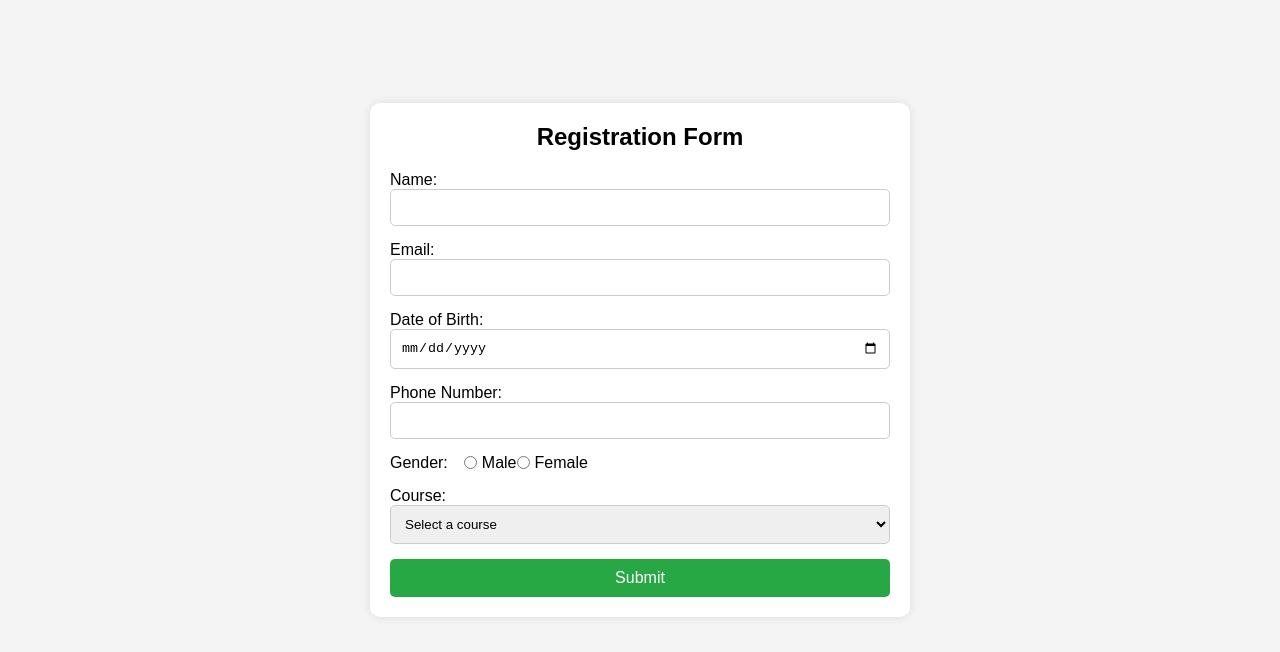
Repository: dhiren1618/OCT-JAVA-2023
Page: http://localhost/JavaServletPractical/
These files come from the project's save history. The page is drawn as it stood at one moment and after the next save; the edit follows.
The browser window is 1280 px wide. The pictures show the whole page.
The page is served by Tomcat 9. Other server files are loaded and not shown.

Above is the page before, as saved 2024-06-18 04:14:00.

### JavaServletPractical/src/main/webapp/index.jsp
<%@ page language="java" contentType="text/html; charset=UTF-8"
	pageEncoding="UTF-8"%>
<!DOCTYPE html>
<html>
<head>
<meta charset="UTF-8">
<title>Registration Form</title>

	<link rel="stylesheet" href="style.css">

</head>
<body>

	<div class="container">

		<h2>Registration Form</h2>
		<form id="registrationForm" action="StudentController" method="post">
			<div class="form-group">
				<label for="name">Name:</label> <input type="text" id="name"
					name="name" required> <small class="error" id="nameError"></small>
			</div>
			<div class="form-group">
				<label for="email">Email:</label> <input type="email" id="email"
					name="email" required> <small class="error" id="emailError"></small>
			</div>
			<div class="form-group">
				<label for="dob">Date of Birth:</label> <input type="date" id="dob"
					name="dob" required> <small class="error" id="dobError"></small>
			</div>
			<div class="form-group">
				<label for="phone">Phone Number:</label> <input type="tel"
					id="phone" name="phone" pattern="[0-9]{10}" required> <small
					class="error" id="phoneError"></small>
			</div>
			<div class="form-group horizontal">
				<label>Gender:</label>
				<div class="options">

					<input type="radio" id="male" name="gender" value="male" required>
					<label for="male" style="padding: 0px; margin: 0px">Male</label> <input
						type="radio" id="female" name="gender" value="female" required>
					<label for="female">Female</label>
				</div>
				<small class="error" id="genderError"></small>
			</div>
			 <div class="form-group">
                <label for="course">Course:</label>
                <select id="course" name="course" required>
                    <option value="">Select a course</option>
                    <option value="computer-science">Computer Science</option>
                    <option value="business">Business</option>
                    <option value="arts">Arts</option>
                </select>
                <small class="error" id="courseError"></small>
            </div>
            <button type="submit" id="btnSubmit" name="action" value="insert">Submit</button>
		</form>

		<a href=""></a>

	</div>



</body>
</html>

### JavaServletPractical/src/main/webapp/style.css
*{
	padding: 0px;
	margin: 0px;
}

body {
    font-family: Arial, sans-serif;
    background-color: #f4f4f4;
    margin: 0;
    padding: 0;
    display: flex;
    justify-content: center;
    align-items: center;
    height: 100vh;
    overflow: hidden; /* Disable scrolling on body */
}

.container {
    background-color: white;
    padding: 20px;
    border-radius: 10px;
    box-shadow: 0 0 10px rgba(0, 0, 0, 0.1);
    width: 90%; /* Use a percentage width to adapt to viewport */
    max-width: 500px; /* Set a maximum width */

    overflow-y: auto; /* Enable vertical scrolling */
    overflow-x: hidden; /* Disable horizontal scrolling */
}


h2 {
    text-align: center;
    margin-bottom: 20px;
}


.form-group {
    margin-bottom: 15px;
}

.form-group.horizontal {
    display: flex;
    align-items: center;
}

label {
	margin-right: 16px;
}

.form-group.horizontal .options {
    display: flex;
    align-items: center;
    justify-content: center;
}

input[type="text"],
input[type="email"],
input[type="date"],
input[type="tel"],
select {
    width: 100%;
    padding: 10px;
    border: 1px solid #ccc;
    border-radius: 5px;
    box-sizing: border-box; /* Ensures padding is included in the element's total width and height */
}

input[type="radio"],
input[type="checkbox"] {
    margin-right: 5px;
}


button {
    width: 100%;
    padding: 10px;
    background-color: #28a745;
    border: none;
    border-radius: 5px;
    color: white;
    font-size: 16px;
    cursor: pointer;
}

button:hover {
    background-color: #218838;
}

.error {
    color: red;
    font-size: 12px;
    display: none;
}

After the next save:
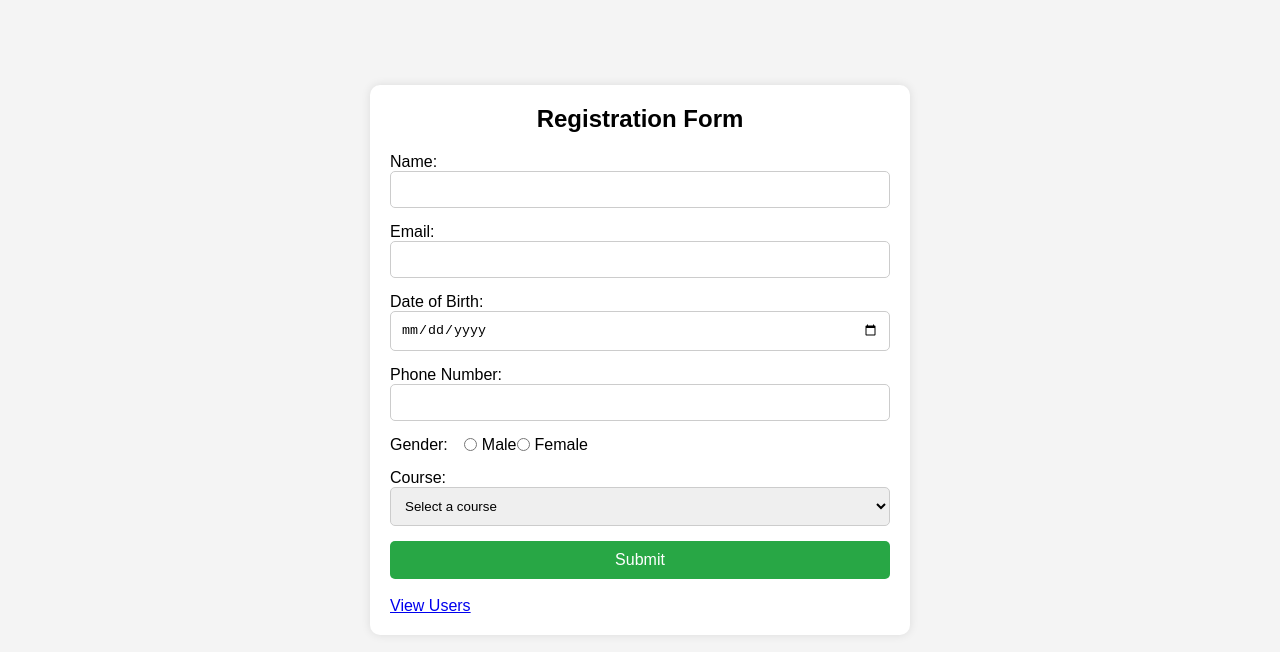
Saved 11 s later.
--- a/JavaServletPractical/src/main/webapp/index.jsp
+++ b/JavaServletPractical/src/main/webapp/index.jsp
@@ -56,7 +56,9 @@
             <button type="submit" id="btnSubmit" name="action" value="insert">Submit</button>
 		</form>
 
-		<a href=""></a>
+		<br>
+
+		<a href="UserList">View Users</a>
 
 	</div>
 
